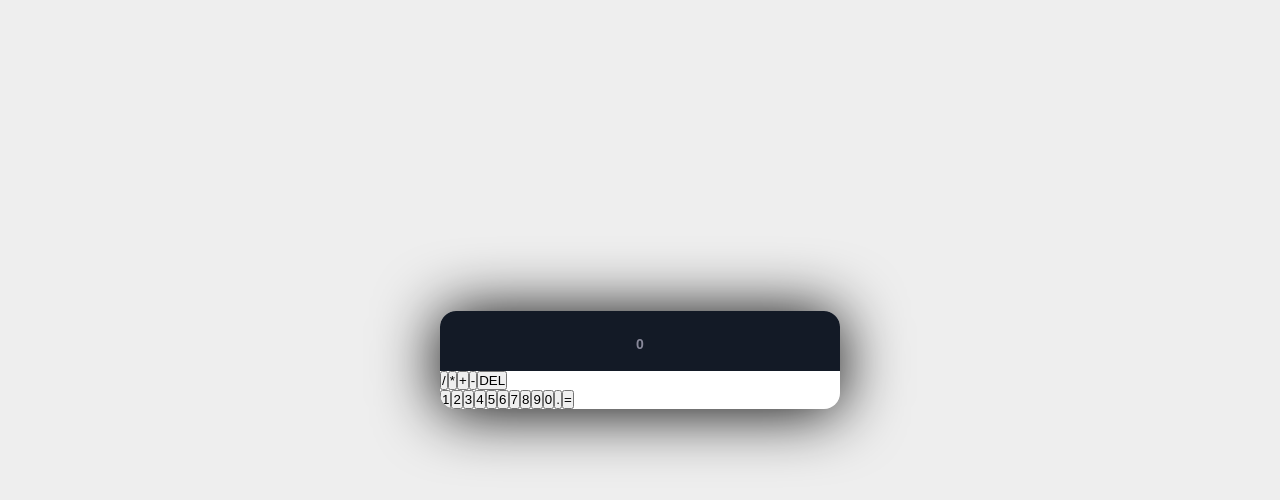
Repository: wakoya-tech/calculator-app
Page: /
These files come from the project's save history. The page is drawn as it stood at one moment and after the next save; the edit follows.
The browser window is 1280 px wide. The pictures show the whole page.
The project was rebuilt for these pictures with package versions that can differ from the ones it lists, and the page was loaded fresh each time. Also part of the build but not shown: vite.config.js.

Above is the page before, as saved 2025-10-16 23:15:32.

### src/main.jsx
import React from 'react'
import ReactDOM from 'react-dom/client'
import App from './App.jsx'
import './App.css'

ReactDOM.createRoot(document.getElementById('root')).render(
  <React.StrictMode>
    <App />
  </React.StrictMode>
)

### src/App.jsx
import './App.css';  // Not index.css!
function App() {
  const createDigits=()=>{
    const digits=[];
    for(let i=1; i<10;i++){
      digits.push(
        <button key={i}>{i}</button>
      )
    }
    return digits;
  }
  return (
    <div className="App">
     <div className="calculator">
      <div className="display">
        <span>{0}</span>
      </div>
      <div className="operators">
        <button>/</button>
        <button>*</button>
        <button>+</button>
        <button>-</button>
        <button>DEL</button>
      </div>
      <div className="digits">
        {createDigits() }
        <button>0</button>
        <button>.</button>
        <button>=</button>
      </div>
     </div>

    </div>
  )
}

export default App

### src/App.css
:root{
  --primary:#d71e5b;
  --secondary:#8c38ff;
  --dark:#131a26;
  --light:#eee;
}
*{
  margin: 0;
  padding: 0;
  box-sizing: border-box;
  font-family: 'Fira Sans', sans-serif;
}
body{
  background-color: var(--light);

}
.App{
  display: flex;
  min-height: 100vh;
  align-items: center;

  justify-content: center;
}
.calculator{
  width: 100%;
  max-width: 400px;
  background-color: #fff;
  border-radius: 16px;
  overflow: hidden;
  box-shadow: 0px 2px 64px  rgb(0, 0,0.2);
}
.display{
  padding: 16px;
  text-align: center;
  background-color: var(--dark);
  color: var(--light);
font-size: 24px;
font-weight: bold;
}
.display span{
  font-size: 14px;
  color: #889;
}

Loaded but not shown: index.html (common file)

After the next save:
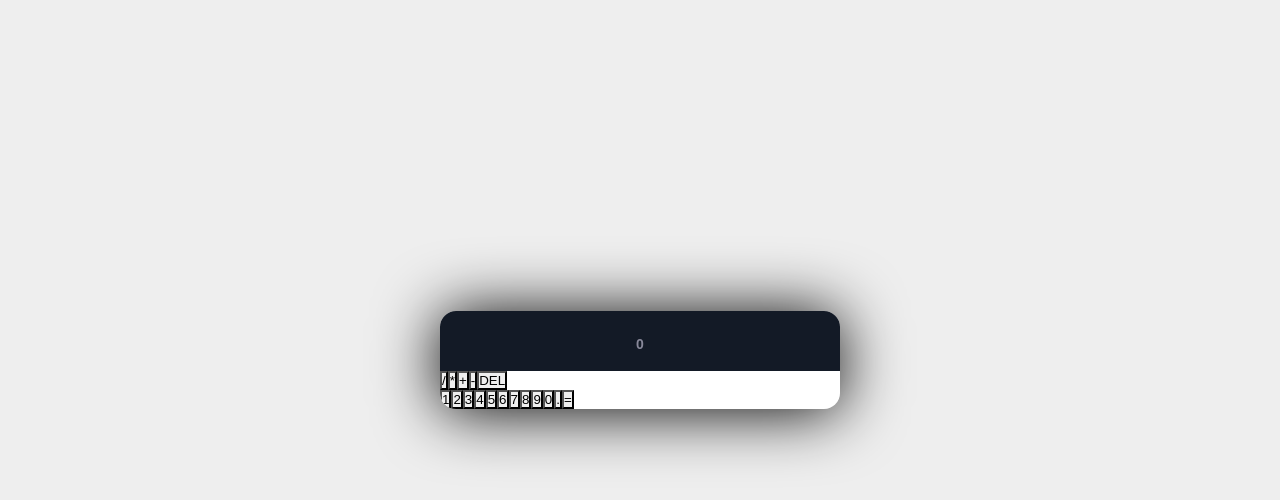
Saved 60 s later.
--- a/src/App.css
+++ b/src/App.css
@@ -41,3 +41,6 @@ font-weight: bold;
   font-size: 14px;
   color: #889;
 }
+button{
+  appearance: none;
+}
